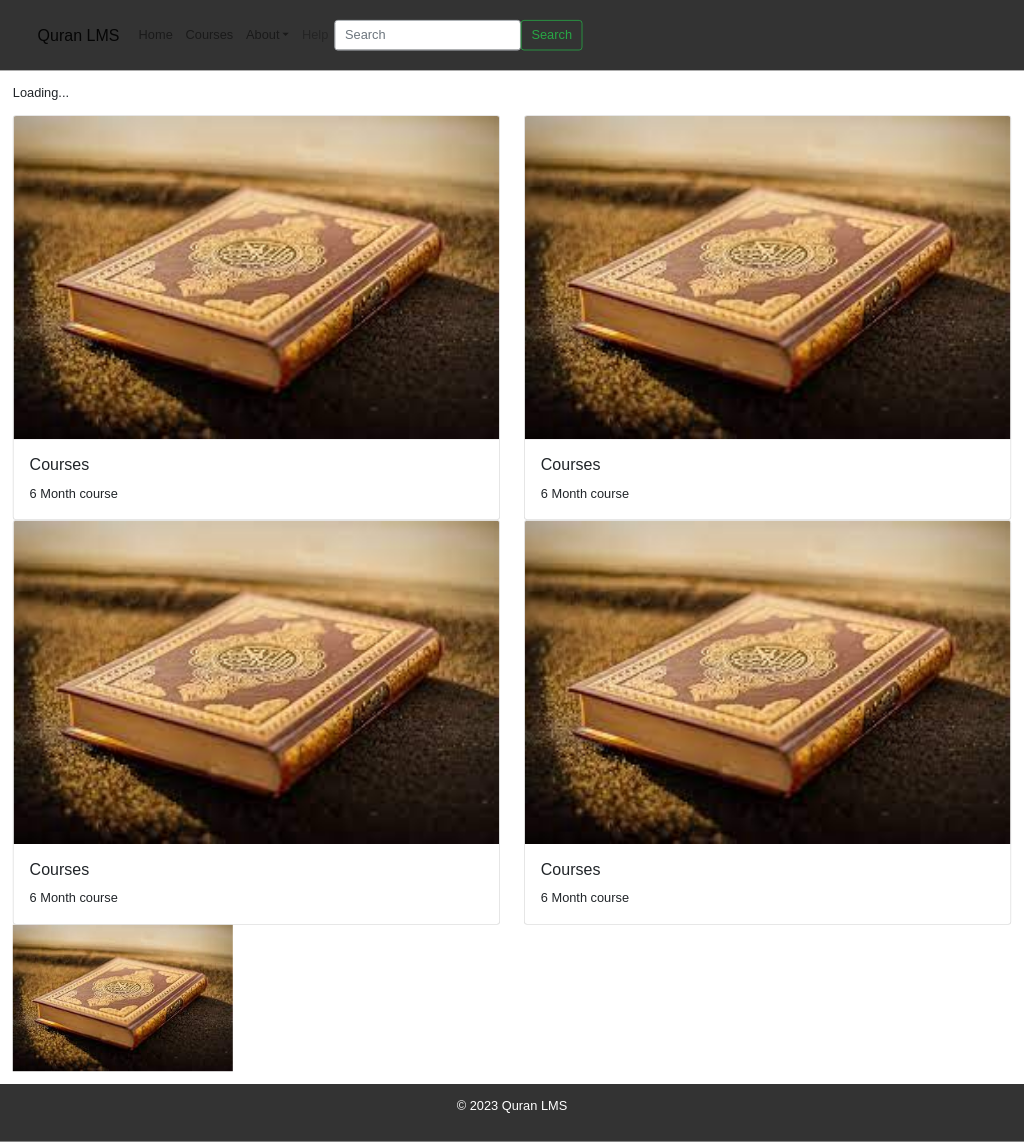
Repository: talha-mahmood/Quran-Lms-react
Page: /
These files come from the project's save history. The page is drawn as it stood at one moment and after the next save; the edit follows.
The browser window is 1280 px wide. The pictures show the whole page, at 80% of full size.
The page's requests for data from a server got no answer. The project was rebuilt for these pictures with package versions that can differ from the ones it lists, and the page was loaded fresh each time. No one was signed in, and anything a server would have sent is missing.

Above is the page before, as saved 2023-03-08 01:44:00.

After the next save:
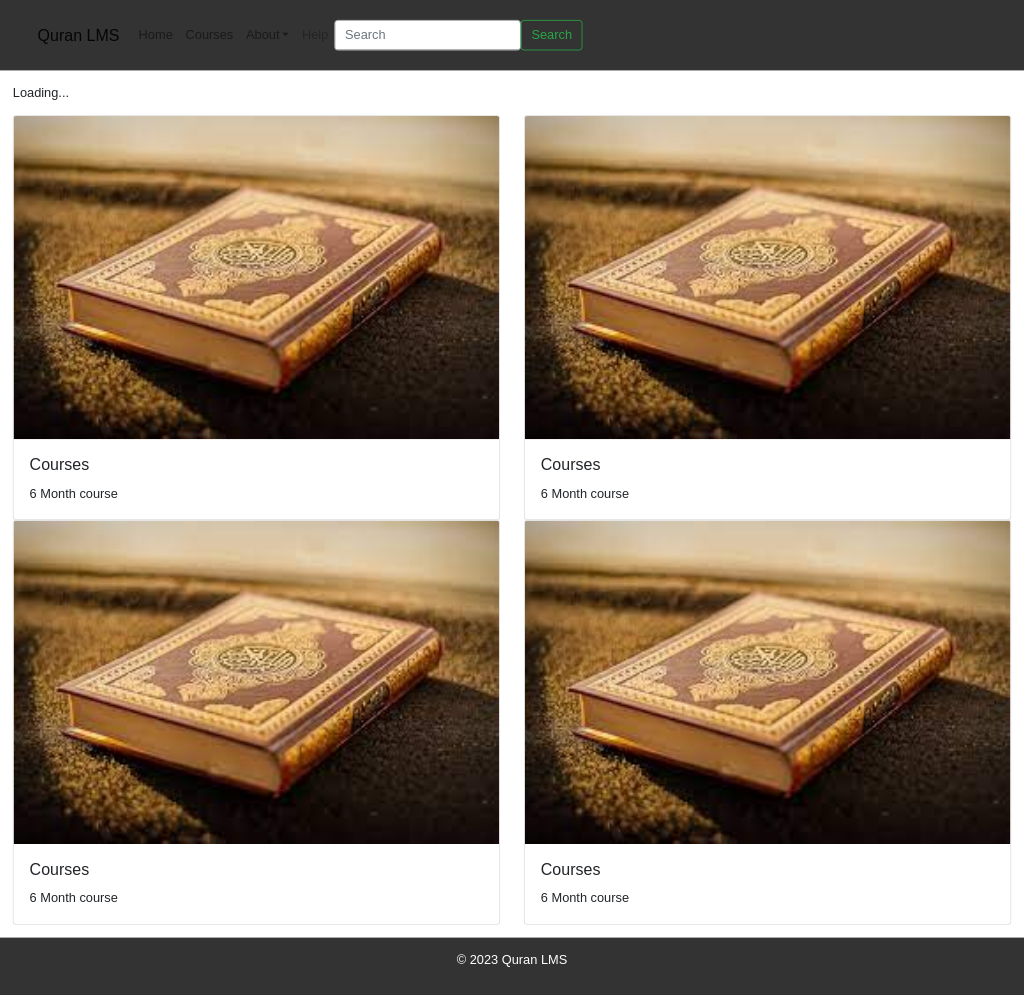
Saved 25 s later.
--- a/src/App.js
+++ b/src/App.js
@@ -102,7 +102,7 @@ class QuranLMS extends Component {
       ))}
     </Row>
           </div>
-          <img src={myimg} alt='a'/>
+
         </main>
         <footer>
           <p>&copy; 2023 Quran LMS</p>
